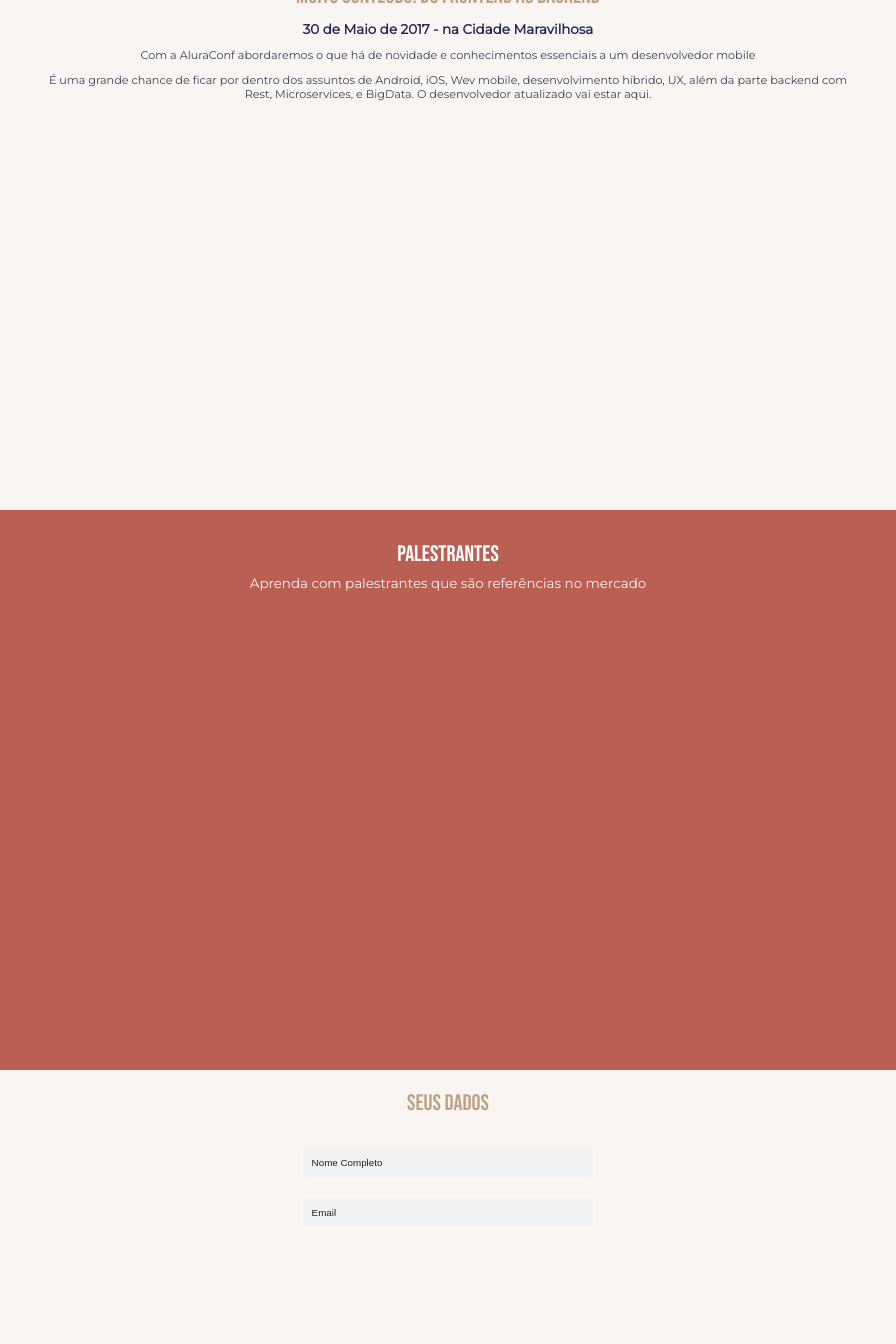
Repository: tomoliveira1/aluraconf
Page: index.html
An editor plug-in stored every save of this project. The page is shown before and after the next save, followed by the edit.
The browser window is 1280 px wide. The pictures show the part of the page from y = 792 to 2712 px (the page is 2712 px tall), at 70% of full size.

Above is the page before, as saved 2021-10-12 19:46:11.

After the next save:
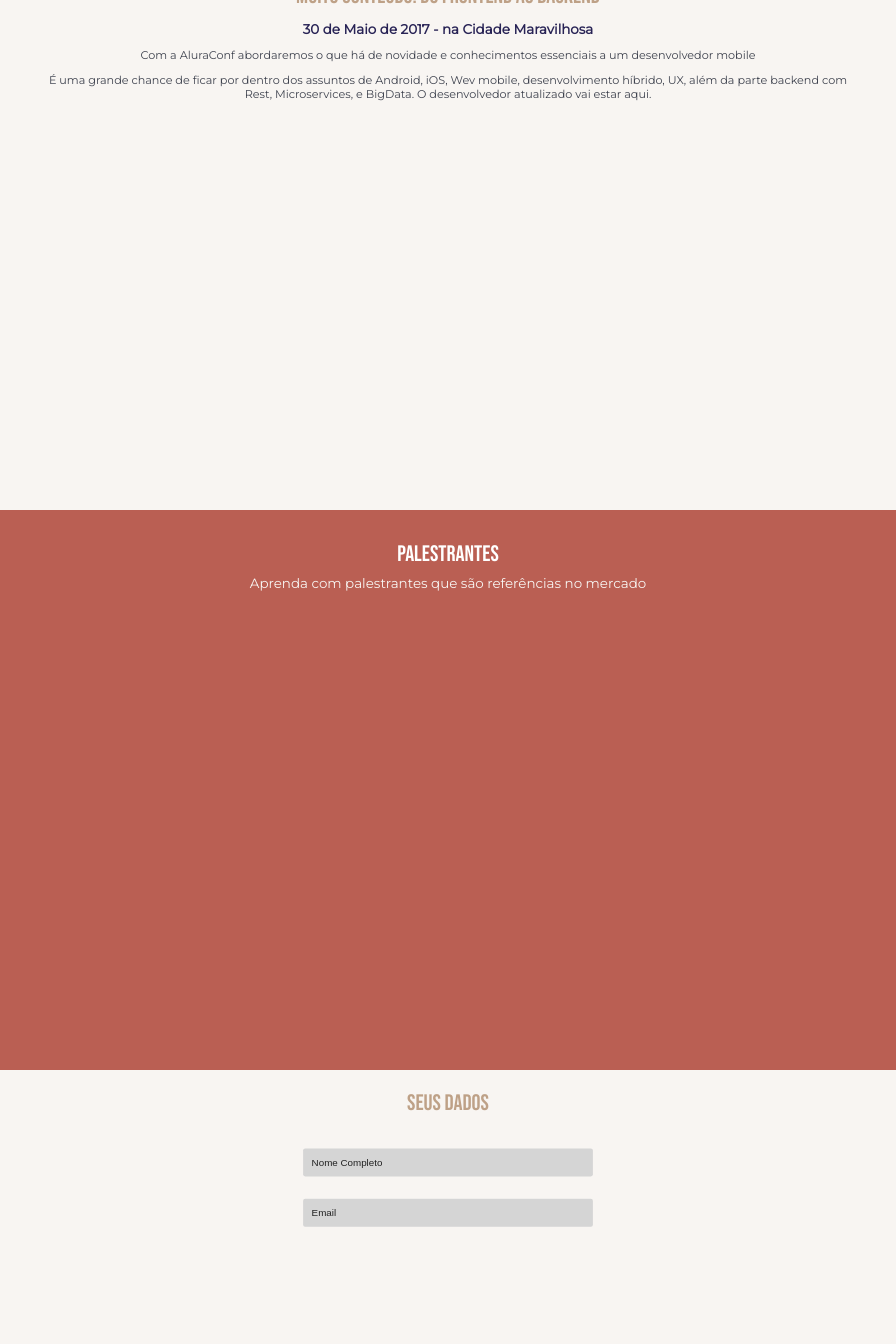
Saved 104 s later.
--- a/aluraconf/css/base.css
+++ b/aluraconf/css/base.css
@@ -12,7 +12,7 @@
   --clr-primary: #651fff;
   --clr-gray: #37474f;
   --clr-gray-light: #b0bec5;
-  --input: #f2f2f2;
+  --input: #d5d5d5;
 
   --bebas-neue: "Bebas Neue", cursive;
   --montserrat: "Montserrat", sans-serif;
